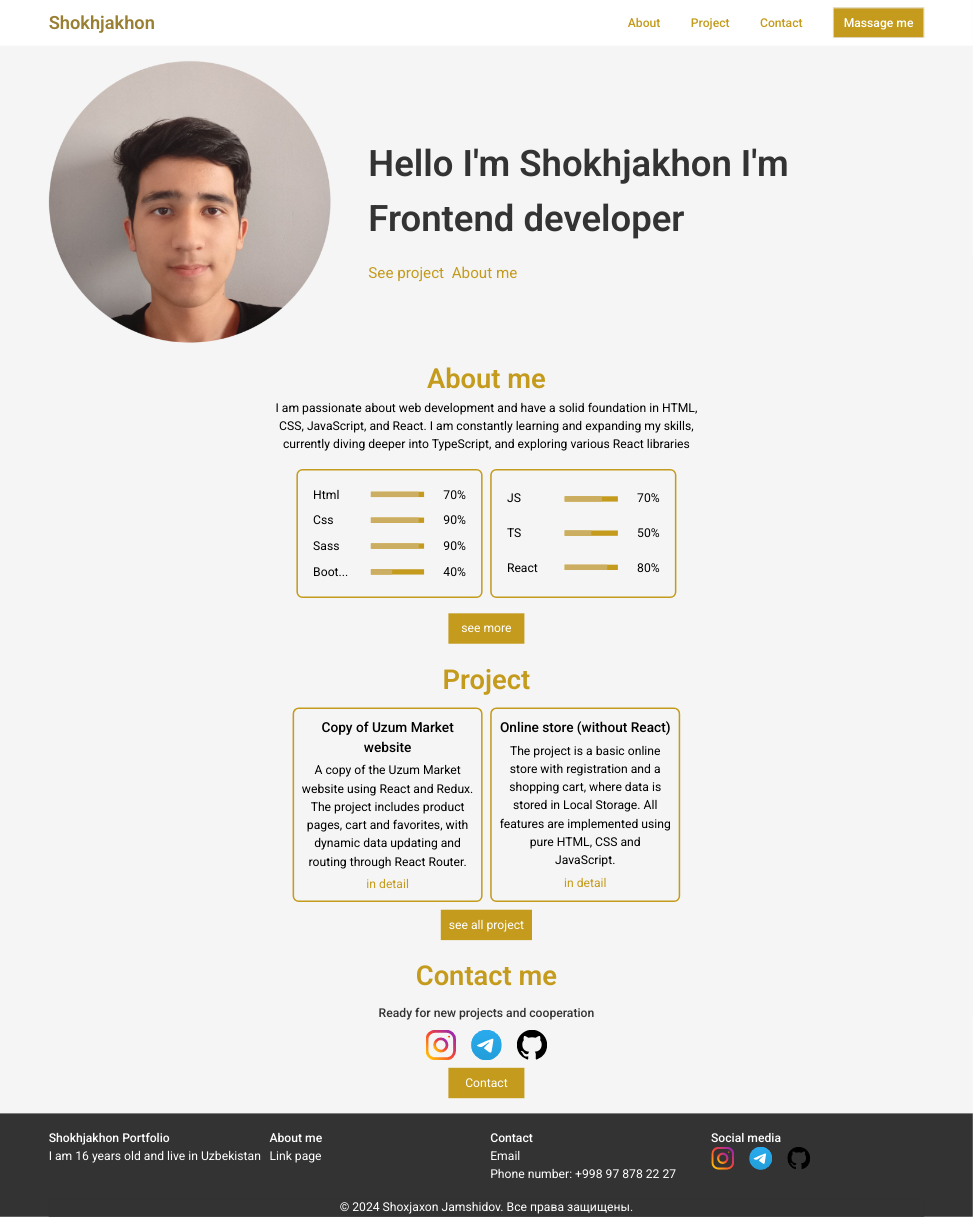
Repository: usershoh/My-Portfolio
Page: /
An editor plug-in stored every save of this project. The page is shown before and after the next save, followed by the edit.
The browser window is 1280 px wide. The pictures show the whole page, at 76% of full size.
The project was rebuilt for these pictures with package versions that can differ from the ones it lists, and the page was loaded fresh each time. Also part of the build but not shown: vite.config.js, src/pages/blog/index.jsx, src/components/project/uzum-market/index.jsx, src/components/project/online-store/index.jsx, src/components/project/title/index.jsx, src/components/project/portfolio/index.jsx, src/pages/project/index.jsx, src/components/contact/title/index.jsx and 10 more.

Above is the page before, as saved 2024-12-09 14:04:42.

After the next save:
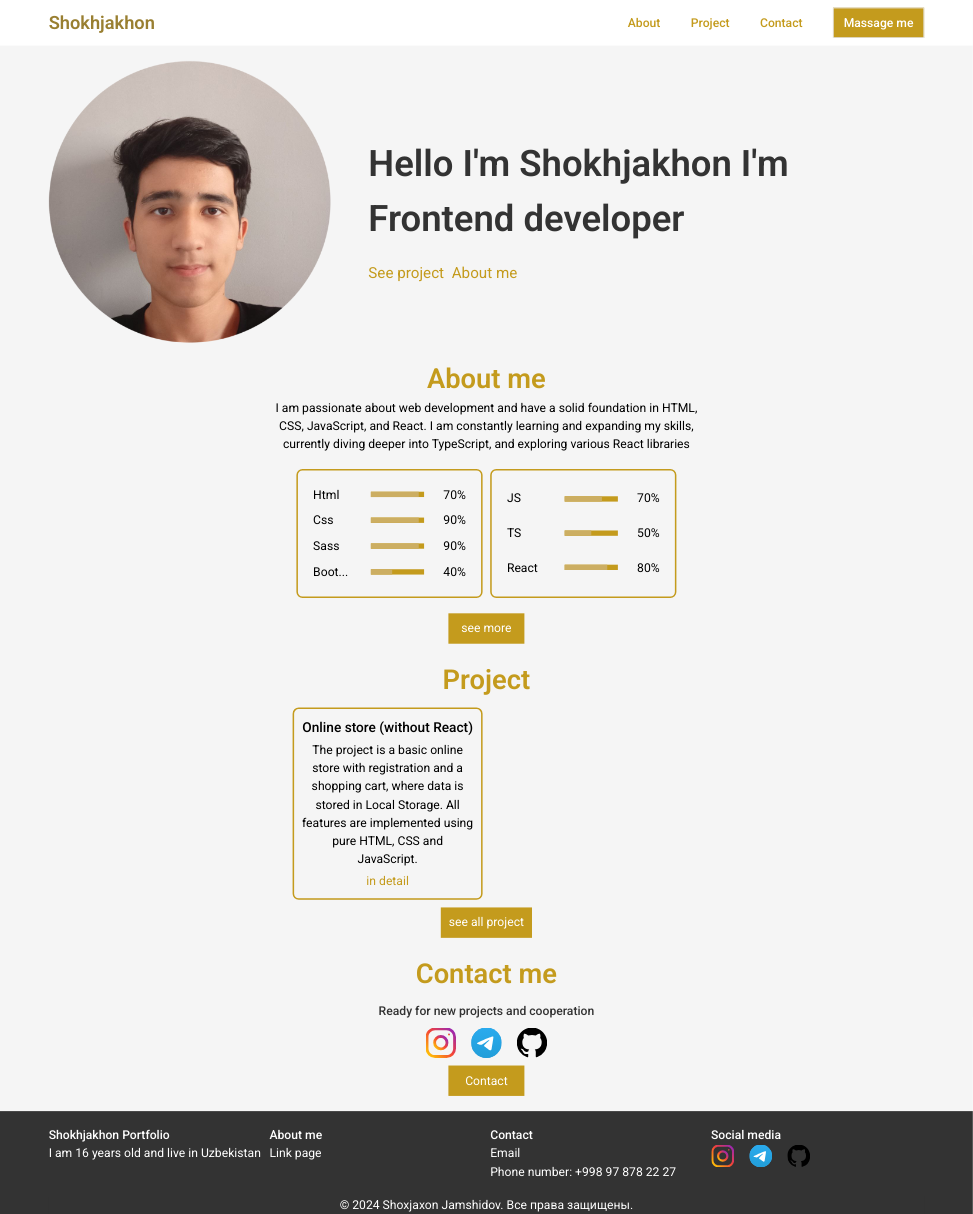
Saved 8 s later.
--- a/src/components/home/project/index.jsx
+++ b/src/components/home/project/index.jsx
@@ -10,30 +10,7 @@ const Project = () => {
       <h1 className="text-gold text-[36px] font-[600]">Project</h1>
 
       <div className="grid grid-cols-1 md:grid-cols-2 gap-[10px]">
-        <div className="border-[#c49b1d] border-[2px] p-[10px] rounded-lg md:w-[250px] grid gap-[5px]">
-          <h1 className="text-[18px] font-medium">
-            Copy of Uzum Market website
-          </h1>
-          <p>
-            A copy of the Uzum Market website using React and Redux. The project
-            includes product pages, cart and favorites, with dynamic data
-            updating and routing through React Router.
-          </p>
 
-          {/* <div className="flex items-center justify-between gap-[5px]">
-            <img className="w-40px" src={uzumImg1} alt="" />
-            <img className="w-40px" src={uzumImg1} alt="" />
-            <img className="w-40px" src={uzumImg1} alt="" />
-            <img className="w-40px" src={uzumImg1} alt="" />
-          </div> */}
-
-          <button
-            className="text-gold hover:text-hover"
-            onClick={() => navigate("/project")}
-          >
-            in detail
-          </button>
-        </div>
         <div className="border-[#c49b1d] border-[2px] p-[10px] rounded-lg md:w-[250px] grid gap-[5px]">
           <h1 className="text-[18px] font-medium">
             Online store (without React)
